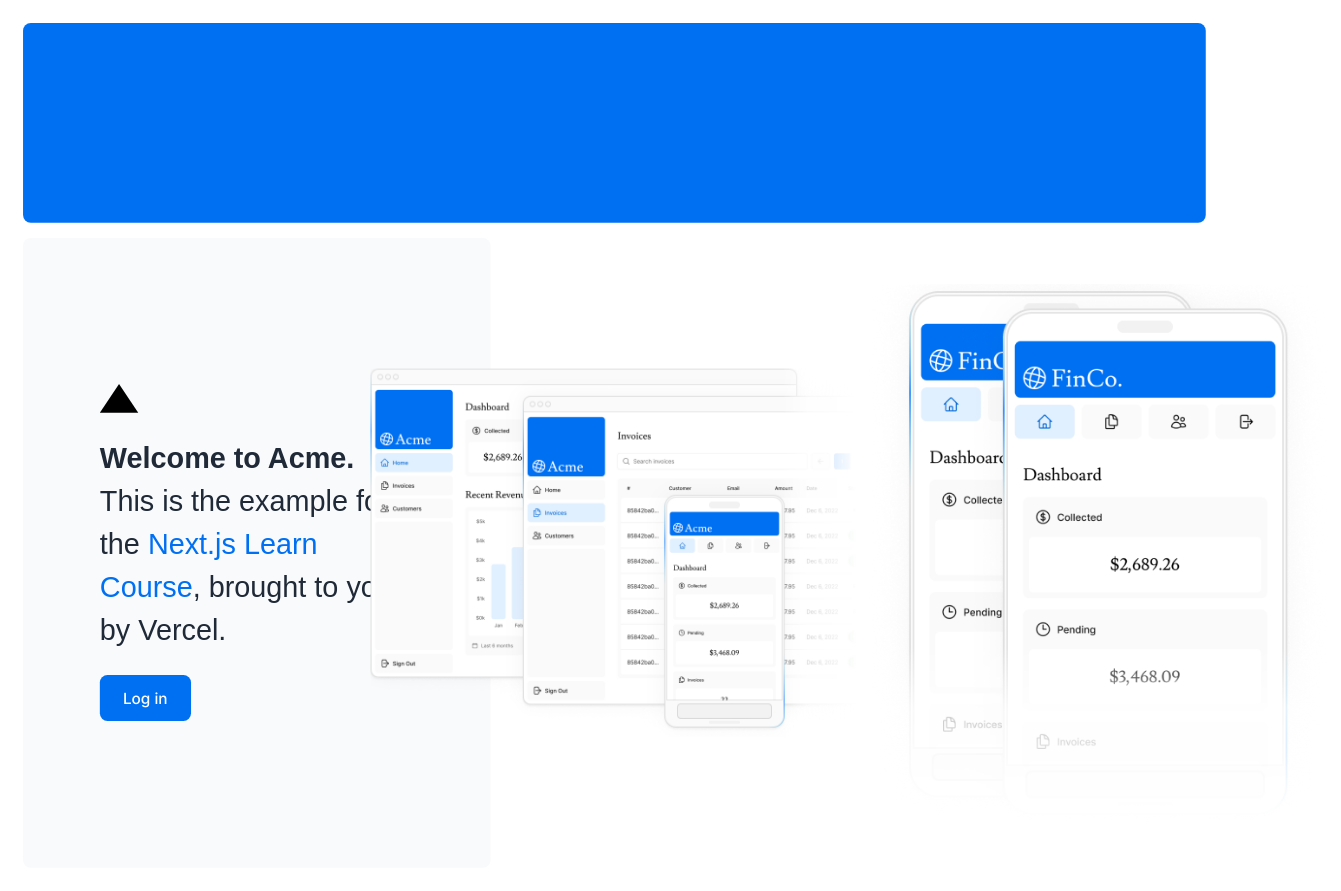
Repository: julietsawyerr/nextjs-dashboard
Page: /
These files come from the project's save history. The page is drawn as it stood at one moment and after the next save; the edit follows.
The browser window is 1280 px wide. The page is 1397 px wide, then 1280 px, so the pictures cover 1397 px, including what lies to the right of the window. The pictures show the whole page, at 96% of full size.
Some web fonts or font styles are not loaded; a fallback is used. The project was rebuilt for these pictures with package versions that can differ from the ones it lists, and the page was loaded fresh each time. The framework's server and built-in components were replaced by stand-ins that run in the browser. Also part of the build but not shown: next.config.js.

Above is the page before, as saved 2023-11-06 14:24:19.

After the next save:
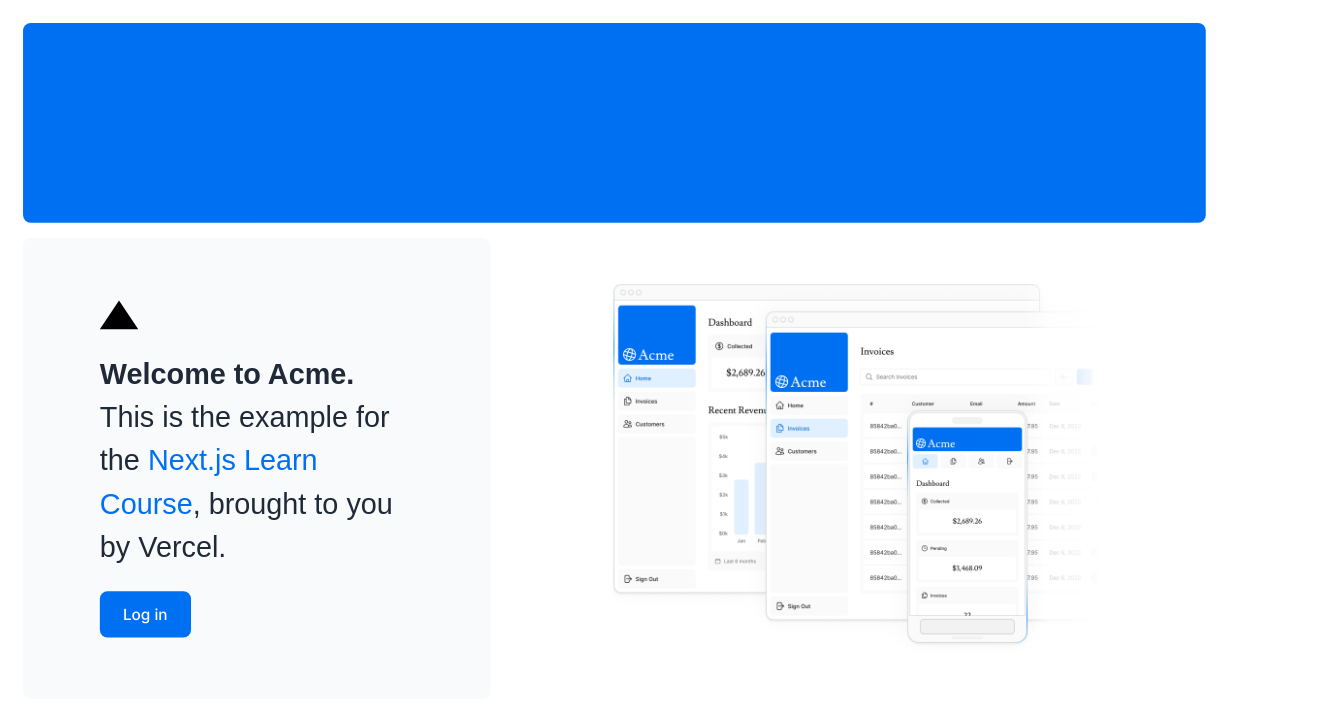
Saved 8 s later.
--- a/app/page.tsx
+++ b/app/page.tsx
@@ -43,7 +43,7 @@ export default function Page() {
             width={560}
             height={620}
             alt="Hero image on mobile"
-            className='block md:block'
+            className='block md:hidden'
           />
         </div>
       </div>
